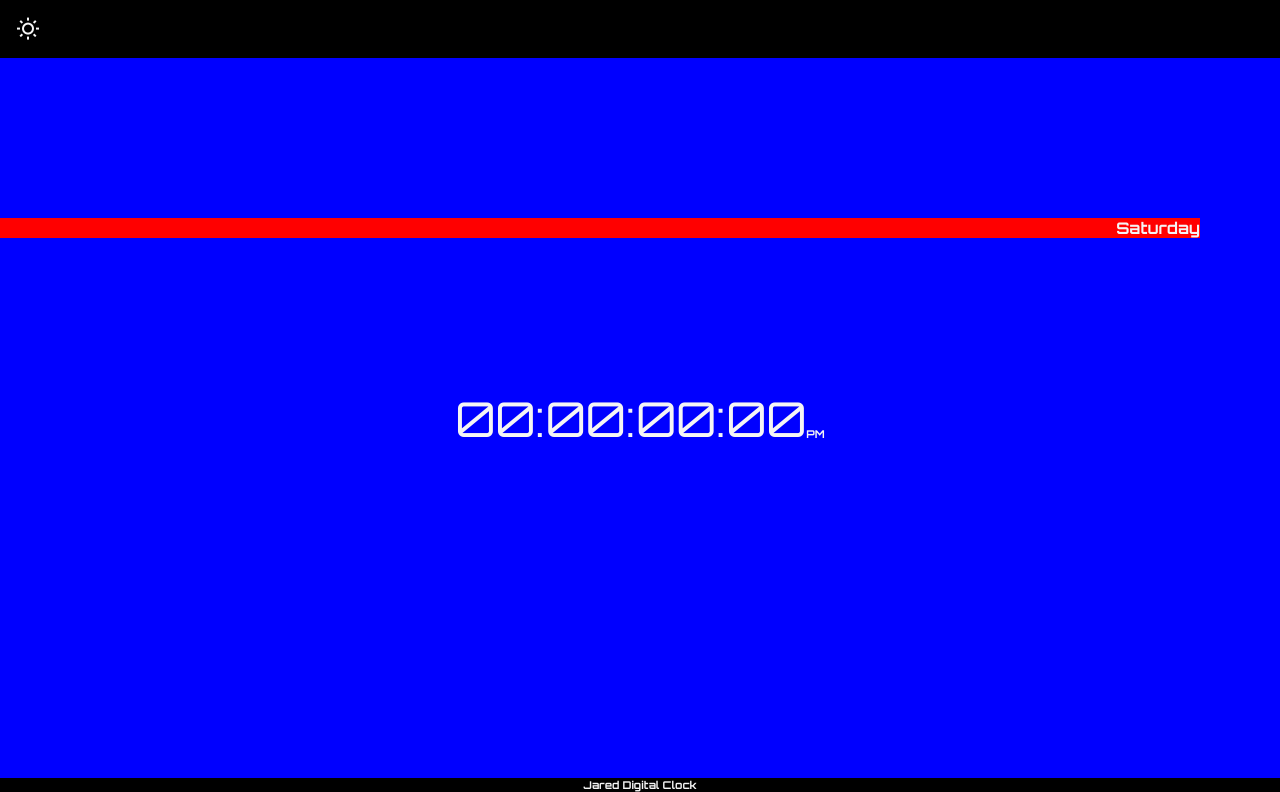
Repository: EguJaredoBoyd/Jared-Digital-Clock
Page: index.html
The author's editor kept a copy of each file at every save. The page is drawn from the files as they stood at one save, then again after the next save.
The browser window is 1280 px wide. The pictures show the whole page.
Some web libraries are served in a nearby version.

Above is the page before, as saved 2026-01-04 22:20:30.

### index.html
<!DOCTYPE html>
<html lang="en">
  <head>
    <meta charset="UTF-8" />
    <meta name="viewport" content="width=device-width, initial-scale=1.0" />
    <link rel="stylesheet" href="./css/styles.css" />
    <link
      href="https://cdn.jsdelivr.net/npm/remixicon@4.8.0/fonts/remixicon.css"
      rel="stylesheet"
    />
    <link rel="preconnect" href="https://fonts.googleapis.com" />
    <link rel="preconnect" href="https://fonts.gstatic.com" crossorigin />
    <link
      href="https://fonts.googleapis.com/css2?family=Orbitron:wght@400..900&display=swap"
      rel="stylesheet"
    />
    <script src="./js/theme.js" defer></script>
    <title>Document</title>
  </head>
  <body>
    <div class="digital-clock">
      <header>
        <button id="theme-toggle"><i class="ri-sun-line"></i></button>
      </header>

      <main>
        <div class="watch-container">
          <div class="watch-container__day">
            <h4>Saturday</h4>
          </div>
          <div class="watch-container__time">
            <p>00:00:00:00</p>
            <h6>PM</h6>
          </div>
        </div>
      </main>

      <footer>
        <h6>Jared Digital Clock</h6>
      </footer>
    </div>
  </body>
</html>

### css/styles.css
* {
  margin: 0;
  padding: 0;
  box-sizing: border-box;
}

:root {
  --primary-color: black;
  --text-color: whitesmoke;

  /* Light-mode color variables */
  --light-mode: whitesmoke;
  --light-text: black;

  /* Button color font */
  --button-color: var(--text-color);
}

html {
  font-size: 16px;
  background-color: var(--primary-color);
}

.light-mode {
  background-color: var(--light-mode);
  color: var(--light-text);
  --button-color: var(--light-text);
}

body {
  color: var(--text-color);
  background-color: var(--primary-color);
  font-family: "Orbitron", sans-serif;
  width: 100%;
}

header {
  padding: 1rem;
}

header button {
  background: none;
  border: none;
}

header button i {
  font-size: 1.5rem;
  color: var(--button-color);
}

.digital-clock {
  height: 100%;
  width: 100%;
  display: flex;
  flex-direction: column;
  align-content: space-between;
  max-width: 100%;
}

.watch-container {
  display: flex;
  flex-direction: column;
  justify-content: center;
  align-items: center;
  height: 100vh;
  width: 100%;
  max-width: 100%;
  position: relative;
  background-color: blue;
}

.watch-container__day {
  width: 100%;
  max-width: 100%;
  display: flex;
  justify-content: end;
  position: absolute;
  right: 5rem;
  top: 10rem;
  background-color: red;
}

.watch-container__time {
  display: flex;
  max-width: 100%;
}

.watch-container__time p {
  font-size: 3rem;
}

.watch-container__time h6 {
  align-self: self-end;
  padding-bottom: 0.5rem;
}

footer h6 {
  text-align: center;
}

### js/theme.js
//Target the button element for the theme
const themeToggle = document.getElementById("theme-toggle");

//Create a function to handle the switching of themes
function switchThemeMode() {
  themeToggle.addEventListener("click", () => {
    document.body.classList.toggle("light-mode");
  });
}

switchThemeMode();

After the next save:
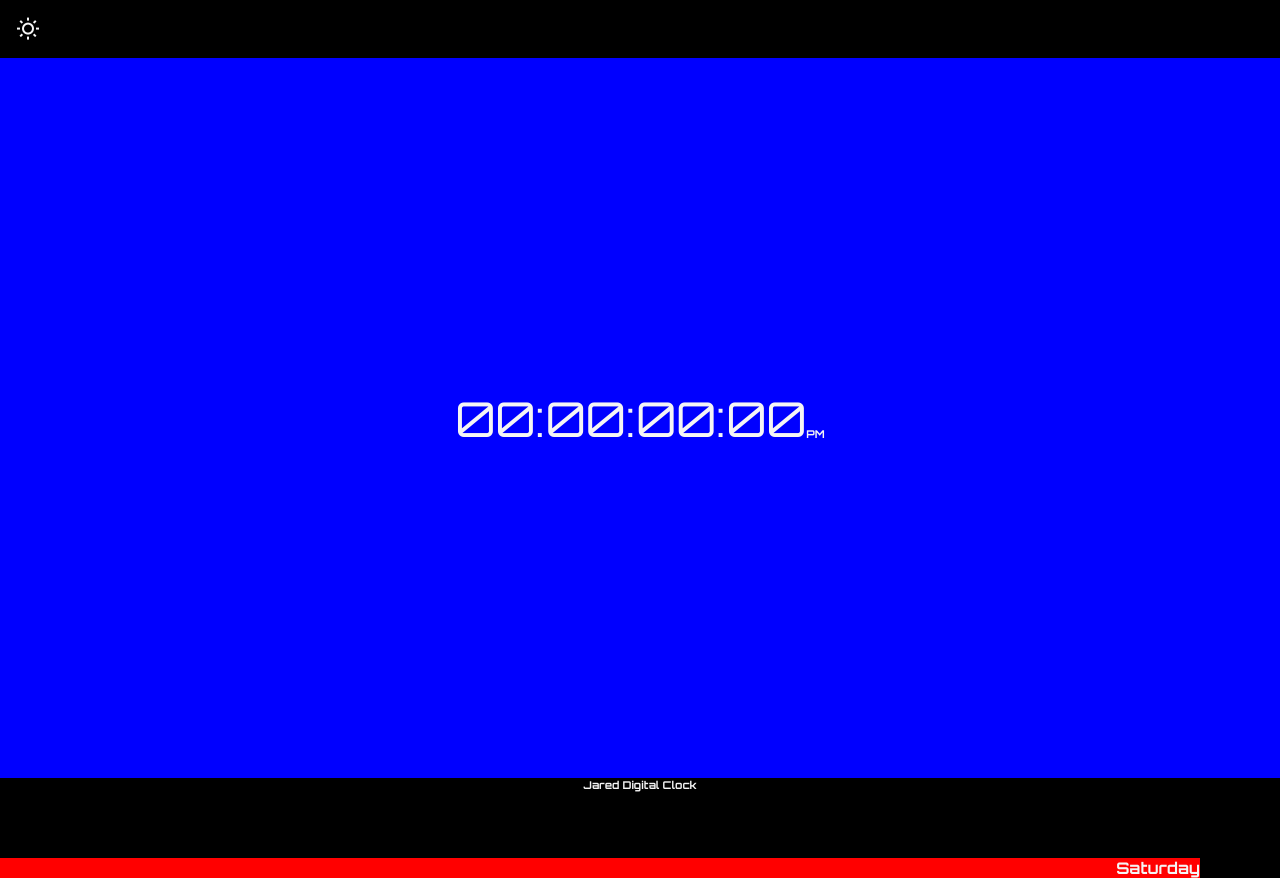
Saved 5 s later.
--- a/css/styles.css
+++ b/css/styles.css
@@ -76,7 +76,7 @@ header button i {
   justify-content: end;
   position: absolute;
   right: 5rem;
-  top: 10rem;
+  top: 50rem;
   background-color: red;
 }
 
